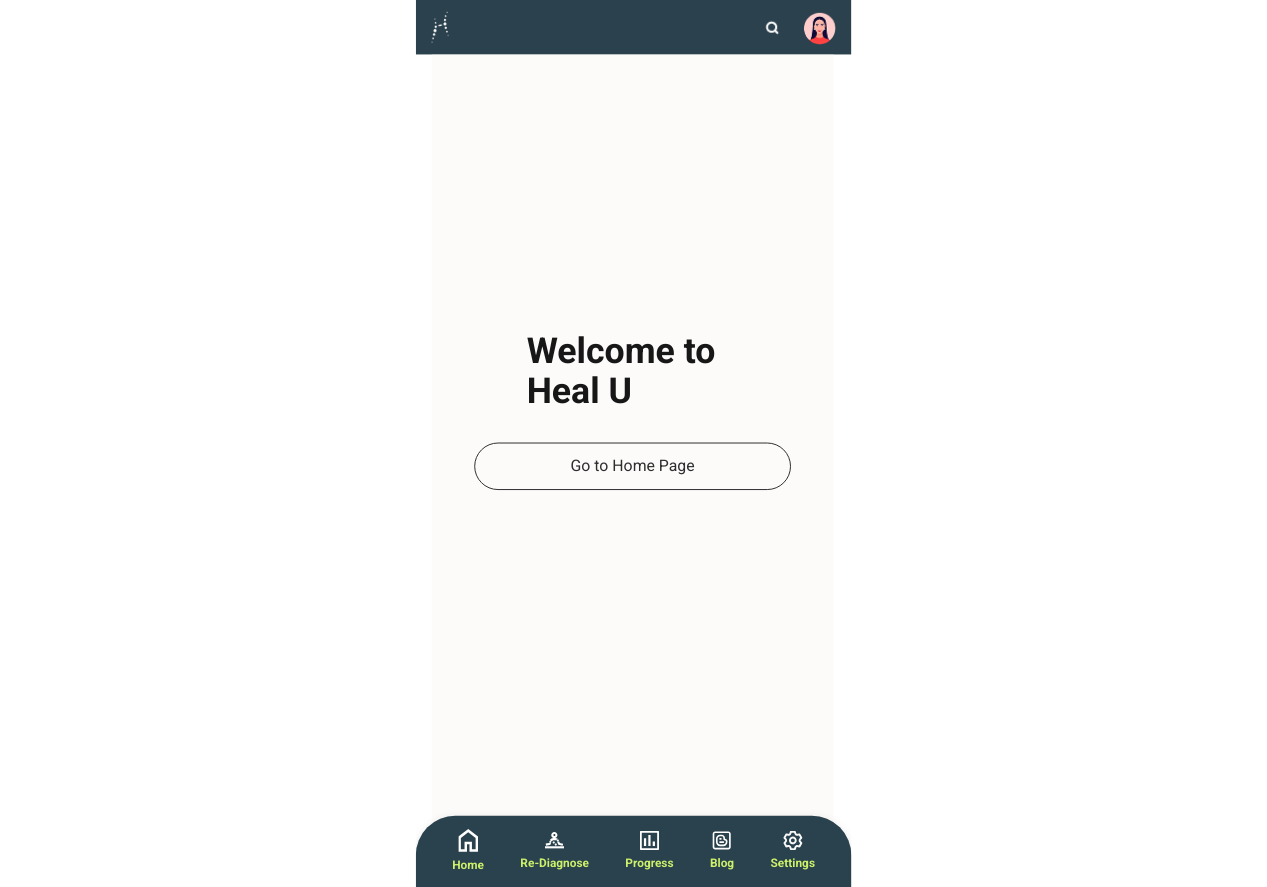
Repository: patcha-d3/heal_u
Page: /
An editor plug-in stored every save of this project. The page is shown before and after the next save, followed by the edit.
The browser window is 1280 px wide. The pictures show the whole page, at 99% of full size.
The project was rebuilt for these pictures with package versions that can differ from the ones it lists, and the page was loaded fresh each time. The framework's server and built-in components were replaced by stand-ins that run in the browser. Also part of the build but not shown: next.config.js, next.config.mjs.

Above is the page before, as saved 2025-05-08 11:12:28.

### app/layout.js
"use client";

import { Geist, Geist_Mono } from "next/font/google";
import { Roboto } from "next/font/google";
import "./globals.css";
import { usePathname } from "next/navigation";

import Bottomnav from "../ui/Bottomnav/Bottomnav";
import TopNav from "../ui/Topnav/Topnav";

const geistSans = Geist({
	variable: "--font-geist-sans",
	subsets: ["latin"],
});

const geistMono = Geist_Mono({
	variable: "--font-geist-mono",
	subsets: ["latin"],
});

const roboto = Roboto({
	weight: ["300", "400", "500", "700"],
	subsets: ["latin"],
	display: "swap",
});

export default function RootLayout({ children }) {
	const pathname = usePathname();
	const showBottomNav = !pathname?.includes("/onboarding");

	return (
		<html lang='en'>
			<body
				className={`${geistSans.variable} ${geistMono.variable} ${roboto.className} antialiased`}
				suppressHydrationWarning
			>
				<div className='min-h-screen w-full flex items-center justify-center'>
					<div className='w-[440px] h-[896px] relative overflow-hidden flex flex-col'>
						<TopNav />
						<main className='flex-1 overflow-y-auto'>
							<div className='w-[406px] h-[800px] bg-[#FDFBF9] mx-4 mb-4'>
								{children}
							</div>
						</main>
						{showBottomNav && (
							<div className='absolute bottom-0 left-0 right-0'>
								<Bottomnav />
							</div>
						)}
					</div>
				</div>
			</body>
		</html>
	);
}

### app/page.js
"use client";

import React from "react";
import Link from "next/link";
import Button from "../ui/Button/Button";

export default function RootPage() {
	return (
		<main className='flex min-h-screen flex-col items-center justify-center p-24'>
			<h1 className='text-4xl font-bold mb-8'>
				Welcome to Heal U
			</h1>
			<Link href='/home'>
				<Button
					text='Go to Home Page'
					onClick={() => {}}
					fullWidth={false}
					outlined={true}
				/>
			</Link>
		</main>
	);
}

### ui/Bottomnav/Bottomnav.js
"use client";

import React from "react";
import Link from "next/link";
import { usePathname } from "next/navigation";
import styles from "./Bottomnav.module.css";
import Image from "next/image";

const menuItems = [
  { label: "Home", icon: "/icons/home.svg", path: "/" },
  { label: "Re-Diagnose", icon: "/icons/rediagnose.svg", path: "/re-diagnose" },
  { label: "Progress", icon: "/icons/progress.svg", path: "/progress" },
  { label: "Blog", icon: "/icons/blog.svg", path: "/blog" },
  { label: "Settings", icon: "/icons/settings.svg", path: "/settings" },
];

export default function MobileNavbar() {
  const pathname = usePathname();

  return (
    <nav className={styles.navbar}>
      {menuItems.map((item, index) => {
        const isActive = true;

        return (
          <Link href={item.path} key={index} className={styles.link}>
            <div className={styles.button}>
              <div
                className={`${styles.icon} ${
                  isActive ? styles.iconActive : ""
                }`}
              >
                <Image
                  src={item.icon}
                  alt={item.label}
                  width={20}
                  height={20}
                />
              </div>
              <span
                className={`${styles.label} ${
                  isActive ? styles.labelActive : styles.labelInactive
                }`}
              >
                {item.label}
              </span>
            </div>
          </Link>
        );
      })}
    </nav>
  );
}

### ui/Topnav/Topnav.js
"use client";

import React, { useState } from "react";
import styles from "./TopNav.module.css";

export default function TopNav() {
  const [showSearch, setShowSearch] = useState(false);
  const [hasNotification, setHasNotification] = useState(false);

  return (
    <header className={styles.topBar}>
      <a href="/" className={styles.logoContainer}>
        <img src="/logo.png" alt="Logo" className={styles.logoImg} />
      </a>

      <div className={styles.iconContainer}>
        <div className={styles.searchWrapper}>
          {showSearch && (
            <div className={styles.searchBox}>
              <input
                type="text"
                className={styles.searchInput}
                placeholder="Search..."
                autoFocus
              />
            </div>
          )}
          <img
            src="/search.png"
            alt="Search"
            className={`${styles.iconImg} ${showSearch ? styles.dark : ""}`}
            onClick={() => setShowSearch(!showSearch)}
          />
        </div>

        <div className={styles.avatarContainer}>
          <img
            src={hasNotification ? "/avatar-notification.png" : "/avatar.png"}
            alt="Avatar"
            className={styles.avatarImg}
          />
        </div>
      </div>
    </header>
  );
}

### ui/Button/Button.js
import React from "react";
import styles from "./Button.module.css";

const Button = ({
	text,
	onClick,
	icon,
	fullWidth = false,
	outlined = false,
	disabled = false,
	type = "button",
}) => {
	const classNames = [
		styles.button,
		fullWidth && styles.fullWidth,
		outlined && styles.outlined,
		disabled && styles.disabled,
	]
		.filter(Boolean)
		.join(" ");

	return (
		<button
			type={type}
			onClick={onClick}
			disabled={disabled}
			className={classNames}
		>
			<span className={styles.text}>{text}</span>
			{icon && <span className={styles.icon}>{icon}</span>}
		</button>
	);
};

export default Button;

### ui/Bottomnav/Bottomnav.module.css
/* navbar */
.navbar {
  position: relative;
  bottom: 0;
  left: 0;
  right: 0;
  display: flex;
  justify-content: space-evenly;
  align-items: center;
  background-color: #29424d;
  padding: 8px 0;
  box-shadow: 0 2px 10px rgba(0, 0, 0, 0.1);
  max-width: 440px;
  height: 72px;
  border-radius: 40px 40px 0 0;
  margin: 0 auto;
}

.link {
  text-decoration: none;
  color: inherit;
}

.button {
  display: flex;
  flex-direction: column;
  align-items: center;
  gap: 4px;
}

.icon {
  font-size: 24px;
}

.iconActive {
  stroke: #cdf06b;
}

.label {
  font-size: 12px;
  transition: all 0.2s ease;
}

.labelActive {
  font-weight: 800;
  color: #cdf06b;
}

.labelInactive {
  font-weight: 600;
  color: white;
}

/* Test page styles */
.testContainer {
  padding: 2rem;
  max-width: 440px;
  margin: 0 auto;
}

.testContent {
  display: flex;
  flex-direction: column;
  gap: 3rem;
}

.testSection {
  background: #f5f5f5;
  padding: 2rem;
  border-radius: 8px;
}

.testFrame {
  position: relative;
  height: 400px;
  border: 1px solid #ddd;
  border-radius: 8px;
  overflow: hidden;
  margin-top: 1rem;
}

.scrollContent {
  height: 100%;
  overflow-y: auto;
  padding: 1rem;
  padding-bottom: 80px; /* Space for the bottom nav */
}

.scrollContent p {
  margin: 1rem 0;
  padding: 0.5rem;
  background: white;
  border-radius: 4px;
  box-shadow: 0 1px 3px rgba(0, 0, 0, 0.1);
}

### ui/Topnav/Topnav.module.css
.topBar {
    width: 440px;
    height: 55px;
    background-color: #2b414d;
    display: flex;
    align-items: center;
    justify-content: space-between;
    padding: 0 16px;
    margin: 0 auto;
    box-sizing: border-box;
  }

  .logoImg {
    height: 30.56px;
    cursor: pointer;
  }

  .iconContainer {
    display: flex;
    align-items: center;
    gap: 16px;
  }

  .searchWrapper {
    display: flex;
    align-items: center;
    gap: 8px;
    position: relative;
  }

  .searchBox {
    background-color: white;
    width: 226px;
    height: 32px;
    border-radius: 24px;
    display: flex;
    align-items: center;
    padding: 0 5px;
    gap: 8px;
    transition: all 0.3s ease;
  }

  .searchInput {
    flex: 1;
    border: none;
    outline: none;
    font-size: 16px;
    background-color: transparent;
  }

  .iconImg {
    width: 32px;
    height: 32px;
    cursor: pointer;
    filter: brightness(200);
    transition: filter 0.3s ease;
  }

  .iconImg.dark {
    filter: brightness(0);
  }

  .avatarContainer {
    width: 32px;
    height: 34px;
    border-radius: 50%;
    overflow: hidden;
  }

  .avatarImg {
    width: 100%;
    height: 100%;
    object-fit: cover;
  }

### ui/Button/Button.module.css
.button {
	position: relative;
	display: flex;
	align-items: center;
	justify-content: center;
	height: 48px;
	width: 320px;
	border-radius: 24px;
	background-color: #29424d;
	border: 1px solid black;
	padding: 0 12px;
	font-family: "Roboto", sans-serif;
	font-size: 16px;
	line-height: 24px;
	color: white;
	transition: background-color 0.3s, color 0.3s;
}

.button:hover:not(.disabled) {
	background-color: #cdf06b;
	color: black;
}

.text {
	flex: 1;
	text-align: center;
}

.icon {
	position: absolute;
	right: 12px;
	display: flex;
	align-items: center;
}

.outlined {
	background-color: transparent;
	border: 1px solid #2e2e30;
	color: #2e2e30;
}

.outlined:hover:not(.disabled) {
	background-color: #cdf06b;
	color: #29424d;
}

.disabled {
	opacity: 0.5;
	cursor: not-allowed;
}

Loaded but not shown: app/globals.css (common file)

After the next save:
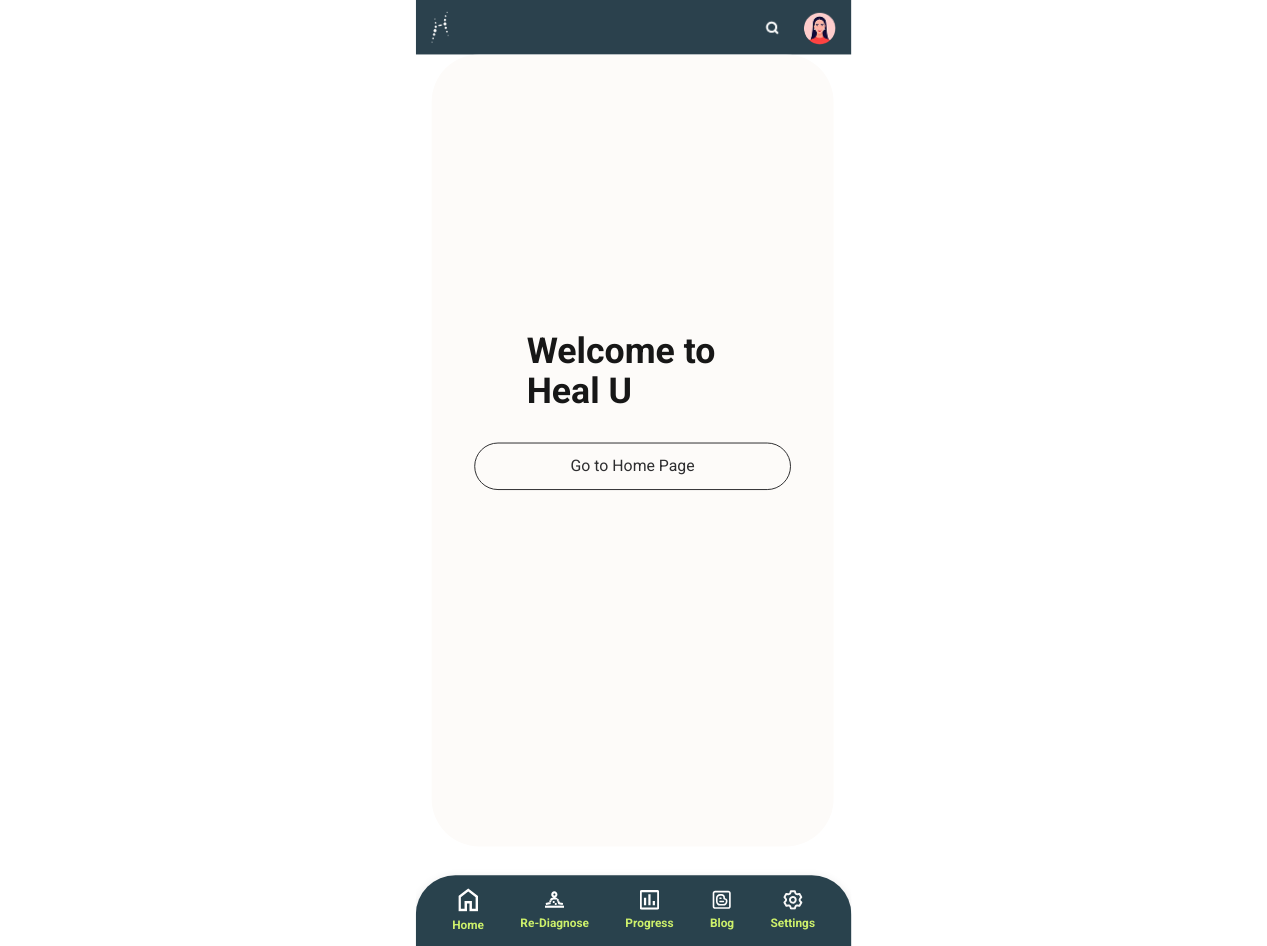
Saved 2 min 15 s later.
--- a/app/layout.js
+++ b/app/layout.js
@@ -35,10 +35,10 @@ export default function RootLayout({ children }) {
 				suppressHydrationWarning
 			>
 				<div className='min-h-screen w-full flex items-center justify-center'>
-					<div className='w-[440px] h-[896px] relative overflow-hidden flex flex-col'>
+					<div className='w-[440px] h-[956px] relative overflow-hidden flex flex-col'>
 						<TopNav />
 						<main className='flex-1 overflow-y-auto'>
-							<div className='w-[406px] h-[800px] bg-[#FDFBF9] mx-4 mb-4'>
+							<div className='w-[406px] h-[800px] bg-[#FDFBF9] mx-4 mb-4 rounded-[48px]'>
 								{children}
 							</div>
 						</main>
